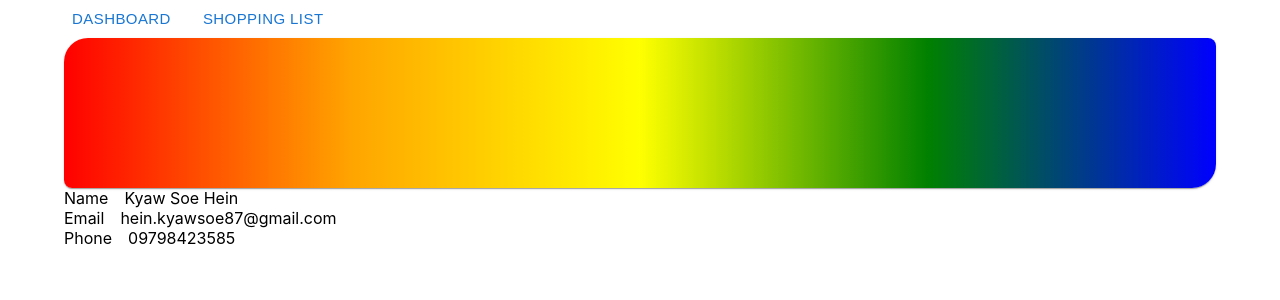
Repository: KyawSoeHein/GoogleAuthReact
Page: /
These files come from the project's save history. The page is drawn as it stood at one moment and after the next save; the edit follows.
The browser window is 1280 px wide. The pictures show the whole page.
The project was rebuilt for these pictures with package versions that can differ from the ones it lists, and the page was loaded fresh each time. Also part of the build but not shown: src/App.css.

Above is the page before, as saved 2022-02-14 19:27:10.

### src/index.tsx
import React from "react";
import ReactDOM from "react-dom";
import "./index.css";
import App from "./App";
import Dashboard from "./View/Dashboard";
import reportWebVitals from "./reportWebVitals";

ReactDOM.render(
  <React.StrictMode>
    <Dashboard />
  </React.StrictMode>,
  document.getElementById("root")
);

// If you want to start measuring performance in your app, pass a function
// to log results (for example: reportWebVitals(console.log))
// or send to an analytics endpoint. Learn more: https://bit.ly/CRA-vitals
reportWebVitals();

### src/View/Dashboard.tsx
import React from "react";
import { Container, Grid, Stack } from "@mui/material";
import MenuSelection from "../Components/MenuSelection";
import CoverAndProfilePhoto from "../Components/CoverAndProfilePhoto";

const Dashboard = () => {
  return (
    <Grid>
      <Container>
        <MenuSelection />

        <CoverAndProfilePhoto />

        <Stack direction={"row"} spacing={2}>
          <div>Name</div>
          <div>Kyaw Soe Hein</div>
        </Stack>

        <Stack direction={"row"} spacing={2}>
          <div>Email</div>
          <div>hein.kyawsoe87@gmail.com</div>
        </Stack>

        <Stack direction={"row"} spacing={2}>
          <div>Phone</div>
          <div>09798423585</div>
        </Stack>
      </Container>
    </Grid>
  );
};

export default Dashboard;

### src/Components/MenuSelection.tsx
import React from "react";
import { Button, Stack } from "@mui/material";
import "../App.css";

const MenuSelection = () => {
  const buttonFontSize = 15;

  return (
    <Stack direction={"row"} spacing={2}>
      <Button sx={{ fontSize: buttonFontSize, fontFamily: "sans-serif" }}>
        Dashboard
      </Button>
      <Button sx={{ fontSize: buttonFontSize, fontFamily: "sans-serif" }}>
        Shopping List
      </Button>
    </Stack>
  );
};

export default MenuSelection;

### src/Components/CoverAndProfilePhoto.tsx
import React from "react";
import { Button, Paper, Stack } from "@mui/material";
import "../App.css";

const CoverAndProfilePhoto = () => {
  return (
    <Paper
      elevation={1}
      sx={{
        height: 150,
        borderTopRightRadius: 8,
        borderTopLeftRadius: 24,
        borderBottomLeftRadius: 8,
        borderBottomRightRadius: 24,
        background:
          "linear-gradient(to right, red, orange, yellow, green, blue)",
      }}
    ></Paper>
  );
};

export default CoverAndProfilePhoto;

Loaded but not shown: public/index.html (common file); src/index.css (common file); src/reportWebVitals.ts (common file)

After the next save:
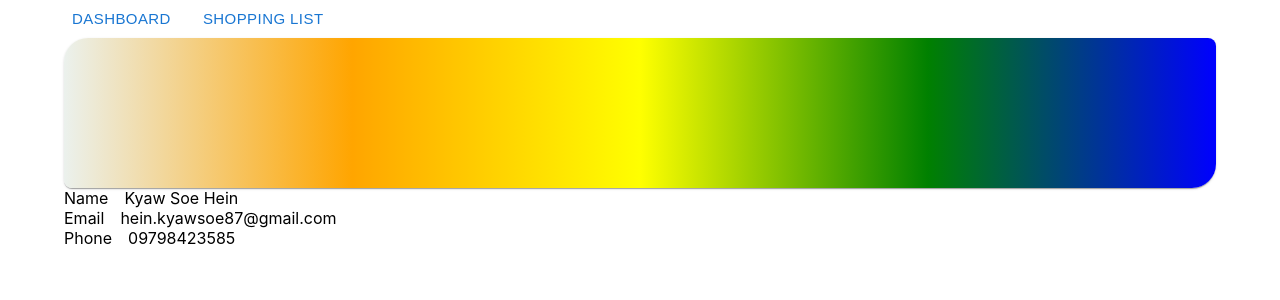
Saved 41 s later.
--- a/src/Components/CoverAndProfilePhoto.tsx
+++ b/src/Components/CoverAndProfilePhoto.tsx
@@ -13,7 +13,7 @@ const CoverAndProfilePhoto = () => {
         borderBottomLeftRadius: 8,
         borderBottomRightRadius: 24,
         background:
-          "linear-gradient(to right, red, orange, yellow, green, blue)",
+          "linear-gradient(to right, rgb(235,241,237), orange, yellow, green, blue)",
       }}
     ></Paper>
   );
